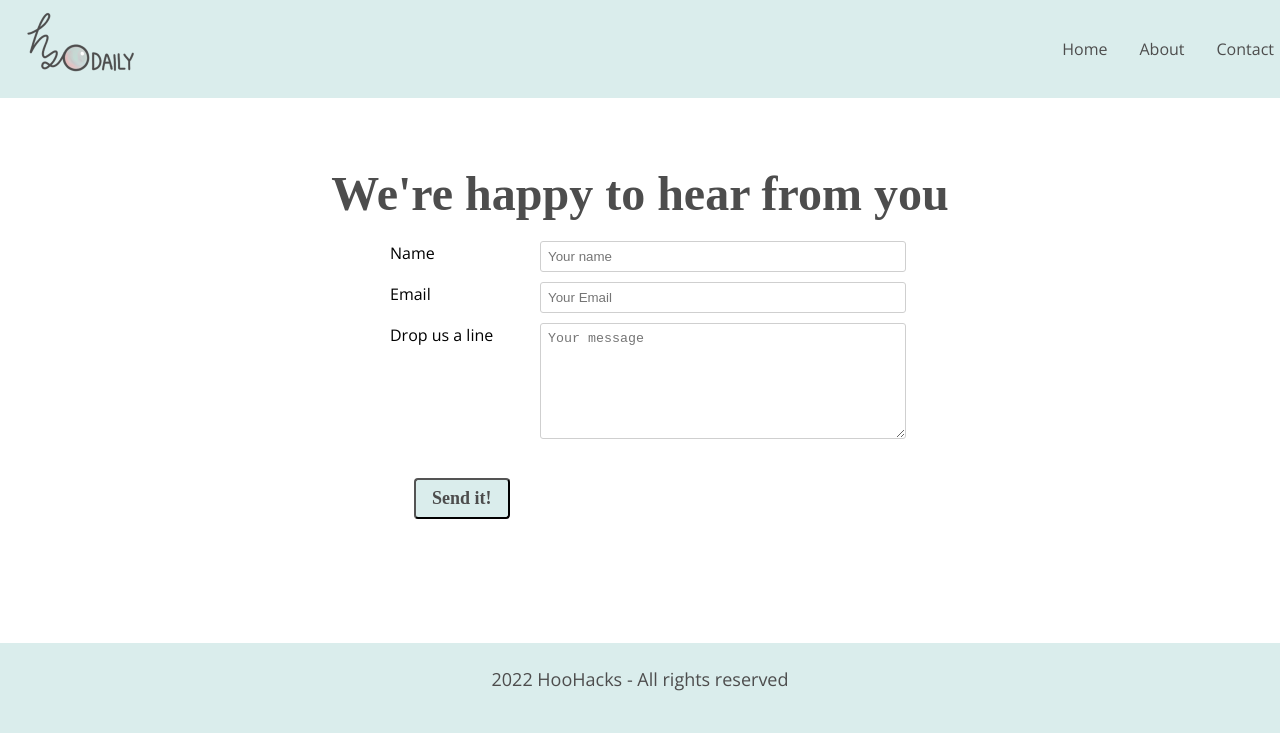
Repository: jennyjjung/H2ODaily
Page: contact.html
The author's editor kept a copy of each file at every save. The page is drawn from the files as they stood at one save, then again after the next save.
The browser window is 1280 px wide. The pictures show the whole page.
Some web fonts or font styles are not loaded; a fallback is used.

Above is the page before, as saved 2022-03-26 21:05:56.

After the next save:
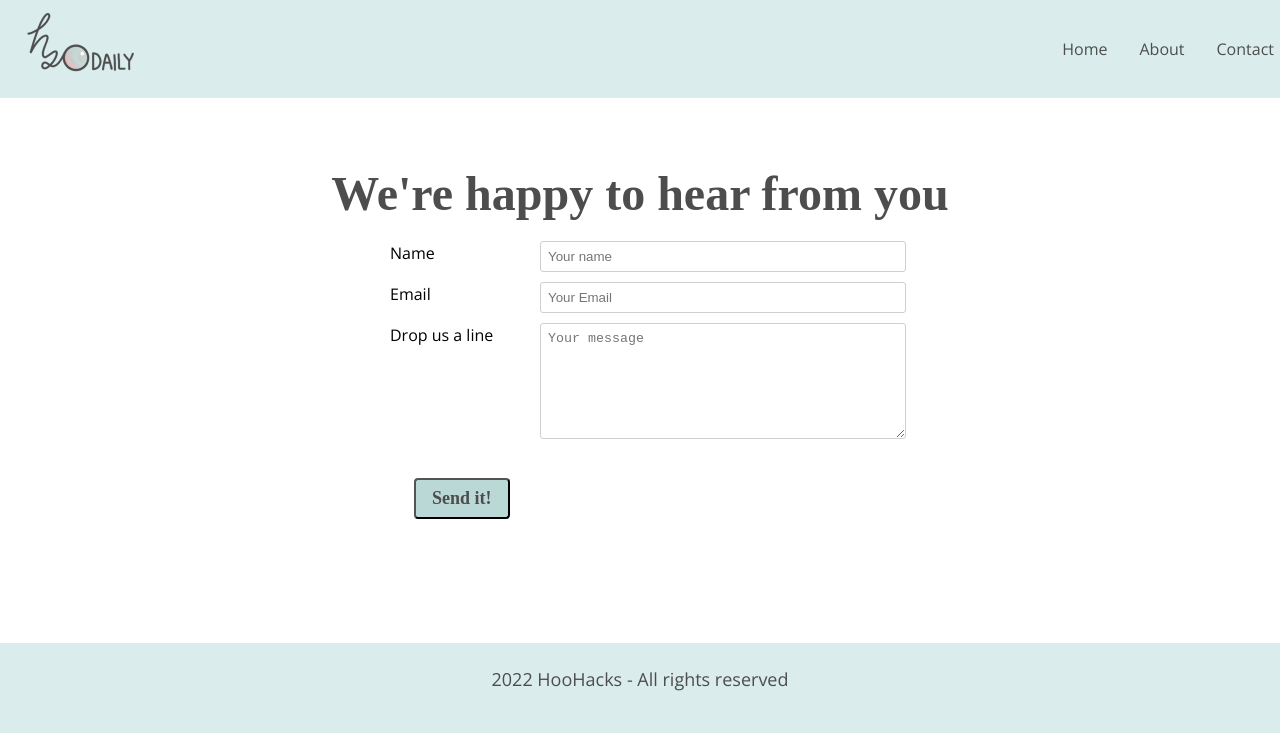
Saved 16 s later.
--- a/style.css
+++ b/style.css
@@ -189,12 +189,4 @@ textarea {
 }
 
 input[type="submit"] {
-  color: var(--color-dark-grey);
-  background-color: var(--color-blue);
-  font-size: var(--font-regular);
-  font-weight: var(--weight-bold);
-  font-family: "Unica One";
-  margin: 24px;
-  padding: 8px 16px;
-  border-radius: var(--size-border-radius);
 }
